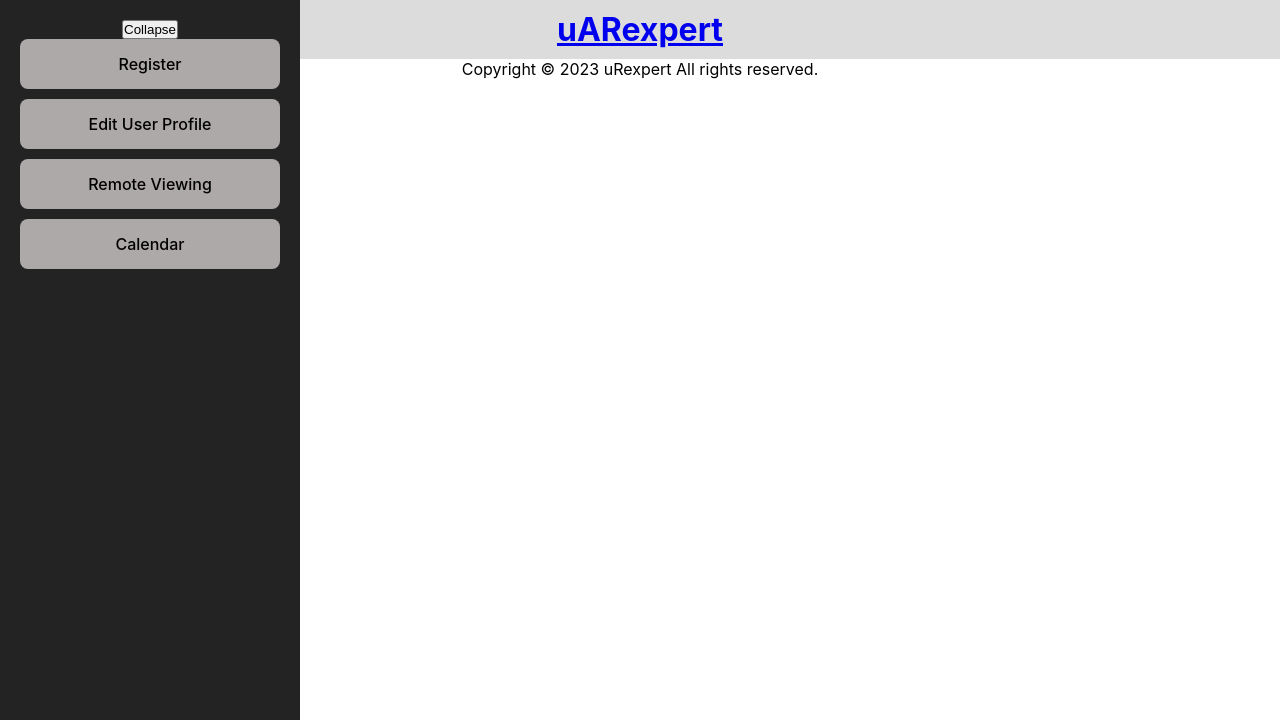
Repository: onionNguyen/Senior-Design-Project
Page: / (app in frontend/)
An editor plug-in stored every save of this project. The page is shown before and after the next save, followed by the edit.
The browser window is 1280 px wide. The pictures show the whole page.
The page's requests for data from a server got no answer. The project was rebuilt for these pictures with package versions that can differ from the ones it lists, and the page was loaded fresh each time. No one was signed in, and anything a server would have sent is missing. Also part of the build but not shown: frontend/src/components/form/Form.module.css, frontend/src/components/form/Input.js, frontend/src/components/pages/edit-user-profile/EditProfile.module.css, frontend/src/components/form/IndicatesRequired.js, frontend/src/components/form/MessageRibbon.js, frontend/src/components/pages/edit-user-profile/EditProfile.js, frontend/src/components/pages/login/Login.module.css, frontend/src/components/pages/login/Login.js and 7 more.

Above is the page before, as saved 2023-10-27 02:56:22.

### frontend/src/index.css
* {
  box-sizing: border-box;
  margin: 0;
  padding: 0;
}

body {
  font-family: -apple-system, BlinkMacSystemFont, "Segoe UI", "Roboto", "Oxygen",
    "Ubuntu", "Cantarell", "Fira Sans", "Droid Sans", "Helvetica Neue",
    sans-serif;
  -webkit-font-smoothing: antialiased;
  -moz-osx-font-smoothing: grayscale;
}

code {
  font-family: source-code-pro, Menlo, Monaco, Consolas, "Courier New",
    monospace;
}

### frontend/src/App.js
import { BrowserRouter as Router, Routes, Route } from "react-router-dom";
import EditProfile from "./components/pages/edit-user-profile/EditProfile";
import Login from "./components/pages/login/Login";
import Home from "./components/pages/home/Home";
import Register from "./components/pages/registration/Register";
import { AuthContext } from "./helpers/AuthContext";
import { useState, useEffect } from "react";
import axios from "axios";
import NotFound from "./components/pages/error/NotFound";
import Calendar from "./components/pages/calendar/Calendar";
import RemoteViewing from "./components/pages/remote-viewing/RemoteViewing";

function App() {
  const [authState, setAuthState] = useState({
    id: 0,
    name: "",
    email: "",
    status: false,
  });

  useEffect(() => {
    axios
      .get("http://localhost:5000/auth", {
        headers: {
          accessToken: localStorage.getItem("accessToken"),
        },
      })
      .then((response) => {
        console.log(response.data);
        if (response.data.error) {
          setAuthState({
            ...authState,
            status: false,
          });
        } else {
          setAuthState({
            id: response.data.id,
            name: response.data.name,
            email: response.data.email,
            status: true,
          });
        }
      });
  }, [authState]);

  return (
    <AuthContext.Provider value={{ authState, setAuthState }}>
      <Router>
        <Routes>
          <Route path="/" exact element={<Home />} />
          <Route path="/register" exact element={<Register />} />
          <Route path="/login" exact element={<Login />} />
          <Route path="/profile/edit" exact element={<EditProfile />} />
          <Route path="/calendar" exact element={<Calendar />} />
          <Route path="/remote-viewing" exact element={<RemoteViewing />} />
          <Route path="*" exact element={<NotFound />} />
        </Routes>
      </Router>
    </AuthContext.Provider>
  );
}

export default App;

### frontend/src/components/pages/home/Home.js
import React, { useEffect, useContext } from "react";
import SideNav from "../../sidenav/SideNav";
import Footer from "../../footer/Footer";
import Header from "../../header/Header";
import styles from "./Home.module.css";
import { AuthContext } from "../../../helpers/AuthContext";
import Unauthorized from "../error/Unauthorized";

const Home = () => {
  const { authState } = useContext(AuthContext);

  return authState ? (
    <div>
      <Header />
      <SideNav />
      <Footer />
    </div>
  ) : (
    <Unauthorized />
  );
};

export default Home;

### frontend/src/components/footer/Footer.js
import React from "react";
import styles from "./Footer.module.css";

const Footer = () => {
  return (
    <div className={styles["footer"]}>
      <p>Copyright &copy; 2023 uRexpert All rights reserved.</p>
    </div>
  );
};

export default Footer;

### frontend/src/components/header/Header.js
import React from "react";
import styles from "./Header.module.css";
import { useContext } from "react";
import { AuthContext } from "../../helpers/AuthContext";
import { useNavigate, Link } from "react-router-dom";

const Header = () => {
  const { authState, setAuthState } = useContext(AuthContext);
  const navigate = useNavigate();

  const logout = () => {
    localStorage.removeItem("accessToken");
    setAuthState({
      id: 0,
      name: "",
      email: "",
      status: false,
    });
    navigate("/login");
  };

  return (
    <div className={styles["header"]}>
      <Link to="/">
        <h1>uARexpert</h1>
      </Link>
      {authState.status && <h2>{authState.name}</h2>}
      {authState.status && <button onClick={logout}>Logout</button>}
    </div>
  );
};

export default Header;

### frontend/src/components/sidenav/SideNav.js
import React, { useState } from "react";
import styles from "./SideNav.module.css";
import { Link } from 'react-router-dom';

const SideNav = (props) => {
  const [isOpen, setIsOpen] = useState(true);  // Add this line

  return (
    <div className={isOpen ? styles.sidenav : styles.sidenavCollapsed}>
      <button onClick={() => setIsOpen(!isOpen)}>
        {isOpen ? "Collapse" : "Extend"}
      </button>
      <ul className={styles.listGroup}>
        <li className={styles.listItem}>
          <Link to="/register">Register</Link>
        </li>
        <li className={styles.listItem}>
          <Link to="/profile/edit">Edit User Profile</Link>
        </li>
        <li className={styles.listItem}>
          <Link to="/remote-viewing">Remote Viewing</Link>
        </li>
        <li className={styles.listItem}>
          <Link to="/calendar">Calendar</Link>
        </li>
      </ul>
    </div>
  );
};

export default SideNav;

### frontend/src/components/header/Header.module.css
.header {
  display: flex;
  justify-content: center;
  align-items: center;
  background-color: gainsboro;
  padding: 10px 20px;
}

.left-aligned {
  display: flex;
  align-items: center;
}

#logo img {
  margin-right: 15px; /* Adjust as needed */
}

### frontend/src/components/sidenav/SideNav.module.css
.sidenav {
  height: 100vh;
  width: 300px; /* Fixed width to ensure uniform look across different screens */
  max-width: 80%; /* Ensure it doesn't consume too much space on smaller screens */
  z-index: 1;
  top: 0;
  left: 0;
  background-color: #232323; /* Darker color for contrast */
  transition: 0.5s ease;
  overflow-x: hidden;
  padding: 20px;
  display: flex;
  flex-direction: column;
  align-items: center;
  position: fixed;
}

.listGroup {
  width: 100%;
  list-style-type: none;
  padding: 0;
}

.listItem {
  width: 100%;
  padding: 15px 10px;
  text-align: center;
  margin-bottom: 10px;
  border-radius: 8px; /* Added border radius */
  background-color: #ada9a8;
  transition: background-color 0.3s ease; /* Transition effect for hover */
}

.listItem:hover {
  background-color: #7a7675; /* Change color on hover */
}

.listItem a {
  text-decoration: none;
  color: black; /* Ensure text is black, change as per your preference */
  font-weight: 500; /* Slightly bolder font */
  transition: color 0.3s ease; /* Transition effect for hover */
}

.listItem a:hover {
  color: white; /* Change color on hover */
}

Loaded but not shown: frontend/public/index.html (common file); frontend/src/index.js (common file); frontend/src/reportWebVitals.js (common file); frontend/src/helpers/AuthContext.js (common file); frontend/src/components/footer/Footer.module.css (common file)

After the next save:
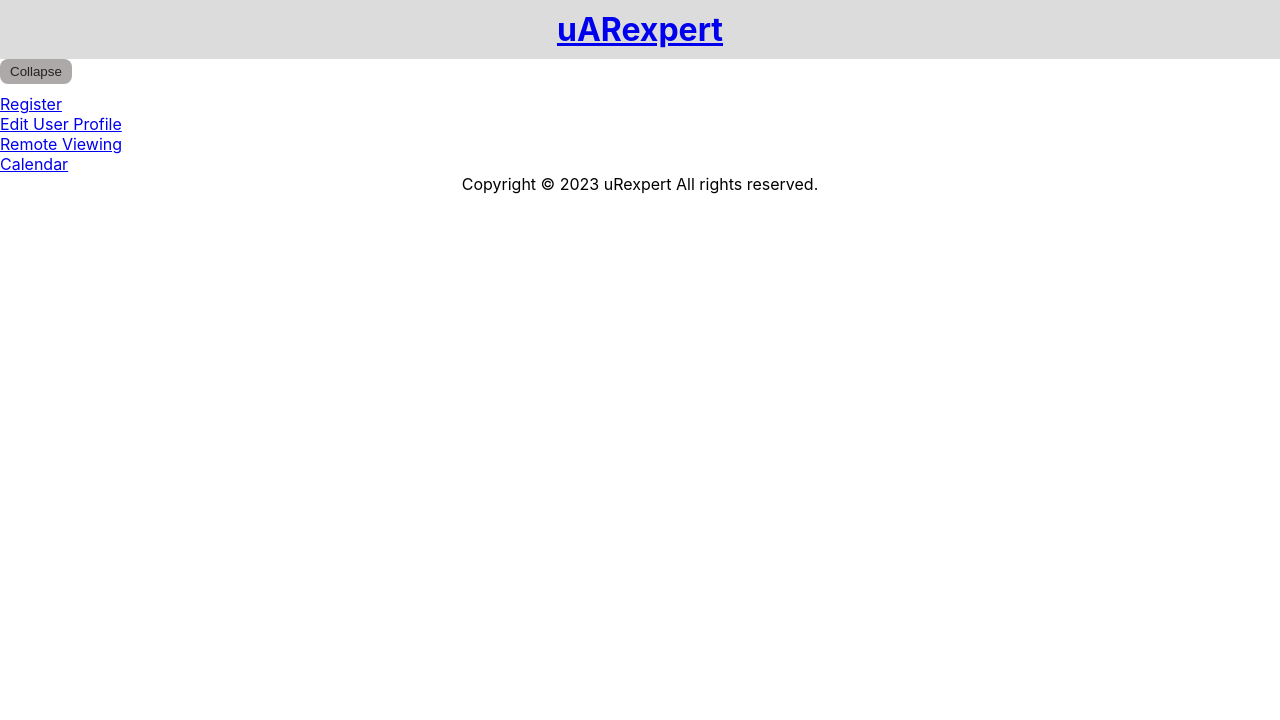
Saved 7 s later.
--- a/frontend/src/components/sidenav/SideNav.module.css
+++ b/frontend/src/components/sidenav/SideNav.module.css
@@ -1,47 +1,36 @@
-.sidenav {
+.sidenavCollapsed {
   height: 100vh;
-  width: 300px; /* Fixed width to ensure uniform look across different screens */
-  max-width: 80%; /* Ensure it doesn't consume too much space on smaller screens */
+  width: 50px; /* Reduced width when collapsed */
   z-index: 1;
   top: 0;
   left: 0;
-  background-color: #232323; /* Darker color for contrast */
+  background-color: #232323;
   transition: 0.5s ease;
   overflow-x: hidden;
-  padding: 20px;
+  padding: 20px 5px; /* Reduced padding when collapsed */
   display: flex;
   flex-direction: column;
   align-items: center;
   position: fixed;
 }
 
-.listGroup {
-  width: 100%;
-  list-style-type: none;
-  padding: 0;
+/* Optional: Style links to hide text and show only icons when collapsed (if you have icons) */
+.sidenavCollapsed .listItem a {
+  display: none;
 }
 
-.listItem {
-  width: 100%;
-  padding: 15px 10px;
-  text-align: center;
+/* Optional: Style for the button to toggle the SideNav */
+button {
   margin-bottom: 10px;
-  border-radius: 8px; /* Added border radius */
   background-color: #ada9a8;
-  transition: background-color 0.3s ease; /* Transition effect for hover */
+  border: none;
+  padding: 5px 10px;
+  border-radius: 8px;
+  color: #232323;
+  cursor: pointer;
+  transition: background-color 0.3s ease;
 }
 
-.listItem:hover {
-  background-color: #7a7675; /* Change color on hover */
+button:hover {
+  background-color: #7a7675;
 }
-
-.listItem a {
-  text-decoration: none;
-  color: black; /* Ensure text is black, change as per your preference */
-  font-weight: 500; /* Slightly bolder font */
-  transition: color 0.3s ease; /* Transition effect for hover */
-}
-
-.listItem a:hover {
-  color: white; /* Change color on hover */
-}
